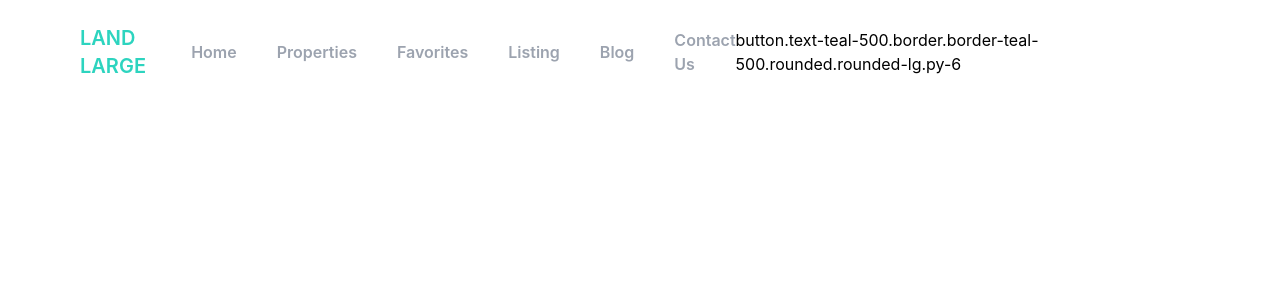
Repository: MuniruIssah/realestate
Page: /
These files come from the project's save history. The page is drawn as it stood at one moment and after a run of saves; the edit follows.
The browser window is 1280 px wide. The pictures show the whole page.
The project was rebuilt for these pictures with package versions that can differ from the ones it lists, and the page was loaded fresh each time. Also part of the build but not shown: src/App.css.

Above is the page before, as saved 2022-02-19 21:35:35.

After the next 3 saves:
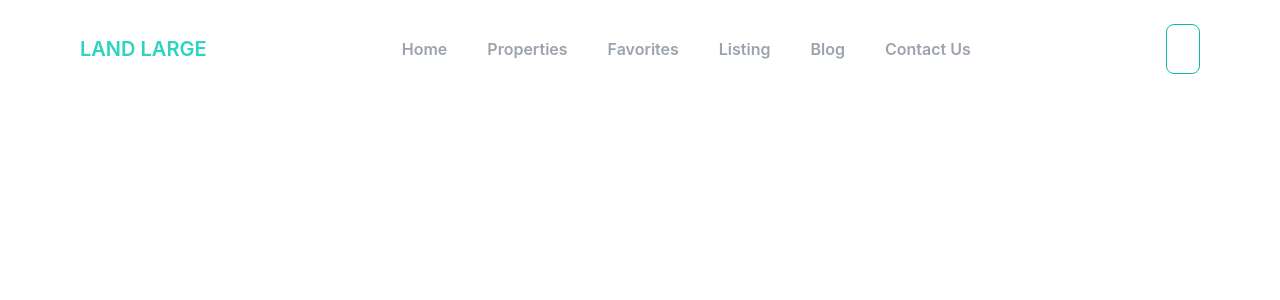
The 3 saves are shown as one change because they came seconds apart.
The last was saved 8 s later.
--- a/src/components/Header.js
+++ b/src/components/Header.js
@@ -16,7 +16,9 @@ const Header = () => {
           <LinkItem key={index} name={link} />
         ))}
       </div>
-      button.text-teal-500.border.border-teal-500.rounded.rounded-lg.py-6
+      <button className="text-teal-500 border border-teal-500 rounded rounded-lg py-6 px-4">
+
+      </button>
     </div>
   );
 };
